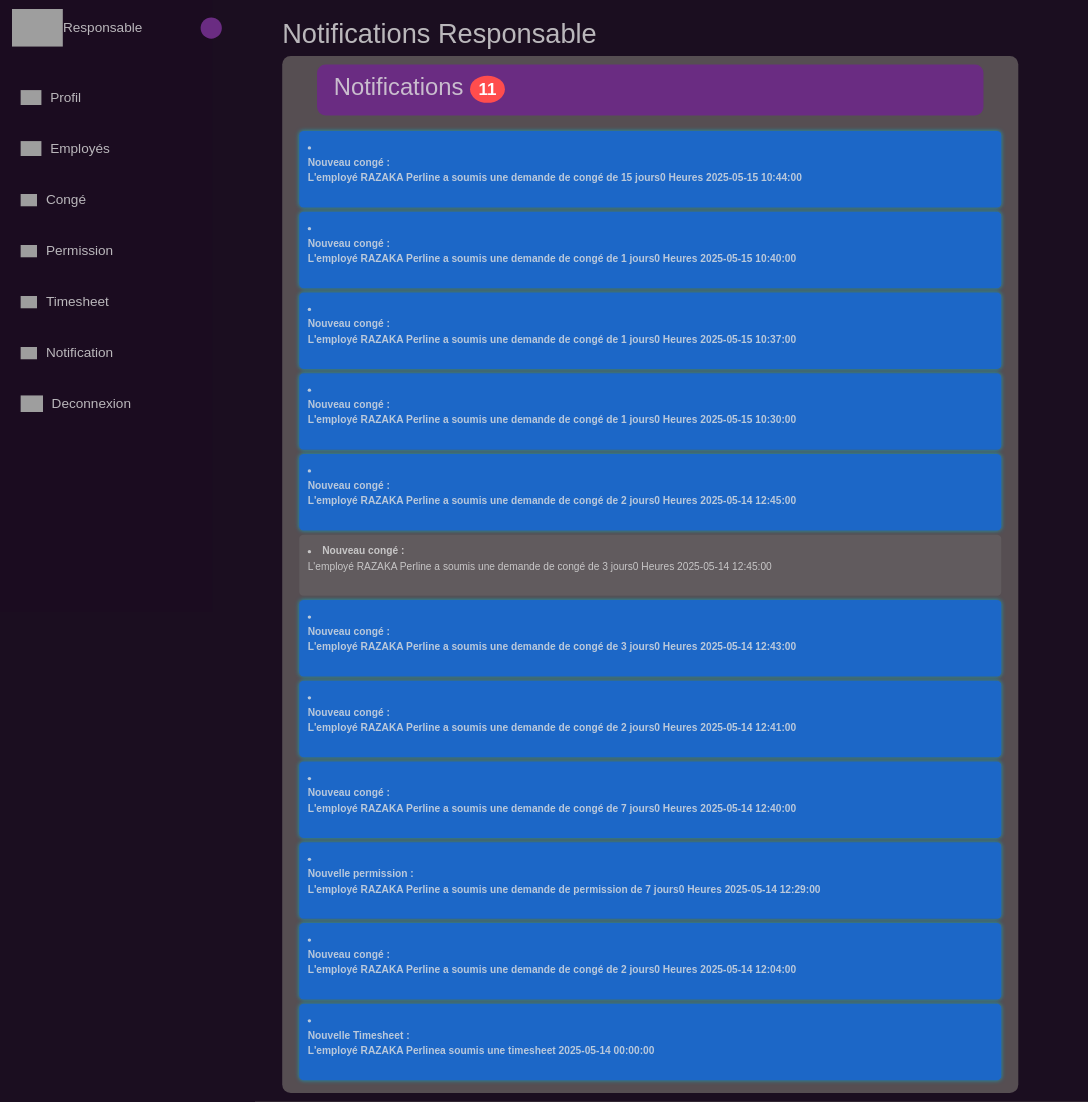
Repository: Fandresena19/Gestion-employe
Page: http://localhost/phpmailer/Assets/responsable/vue/notification_resp.php
An editor plug-in stored every save of this project. The page is shown before and after the next save, followed by the edit.
The browser window is 1280 px wide. The pictures show the whole page, at 85% of full size.
Pictures or frames that could not be fetched are drawn as grey boxes. Some web fonts or font styles are not loaded; a fallback is used. The page is run by PHP 8.4 with error messages shown; the project is at /var/www/html/. The database holds what the project's SQL file puts in it.

Above is the page before, as saved 2025-05-12 16:48:04.
Console error: TypeError: this.querySelector is not a function

After the next save:
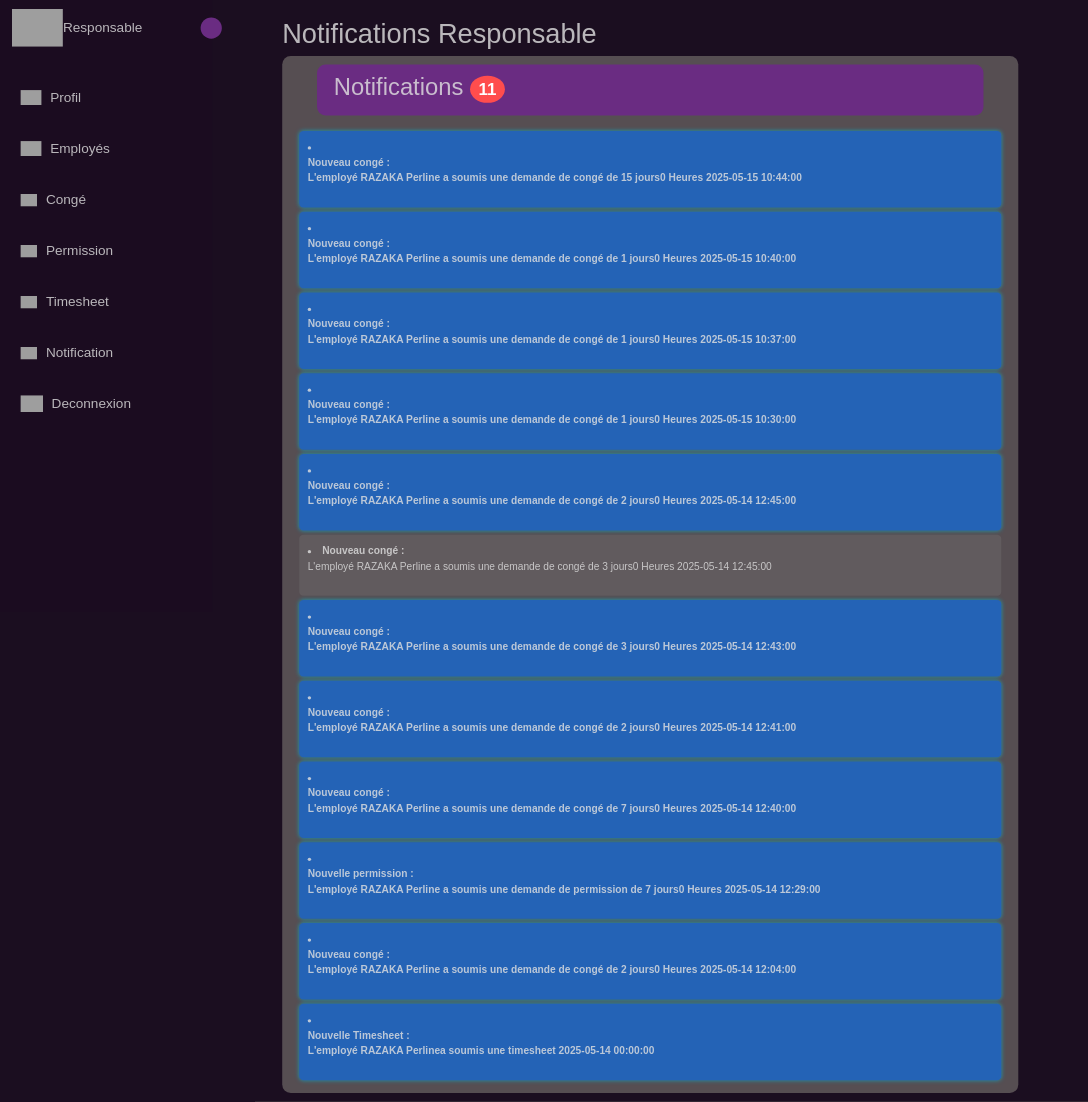
Saved 18 s later.
--- a/Assets/responsable/vue/notification_resp.php
+++ b/Assets/responsable/vue/notification_resp.php
@@ -33,7 +33,7 @@ $notification_count = $statement->fetchColumn();
       position: relative;
       font-size: 12px;
       font-weight: bolder;
-      background-color:rgba(0, 115, 255, 0.68);
+      background-color:rgba(0, 115, 255, 0.58);
       box-shadow: #17a2b8 0px 0px 5px;
     }
 
